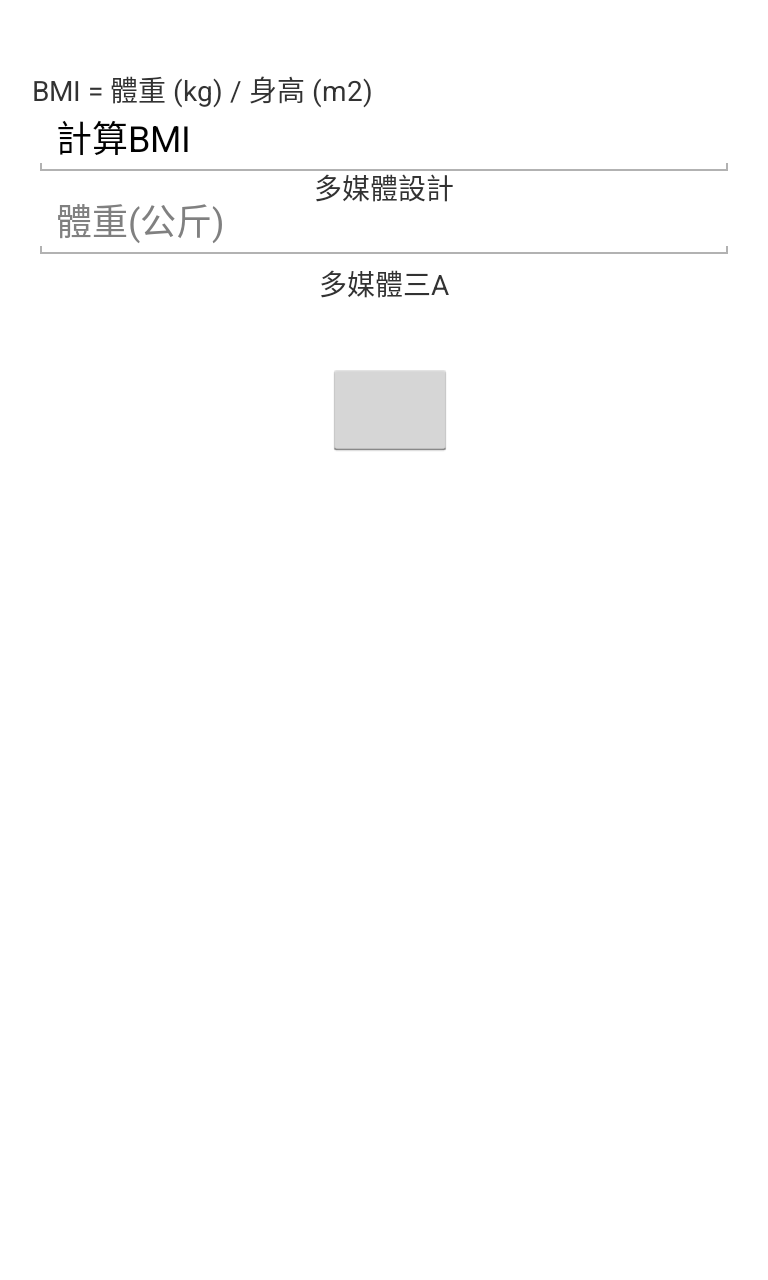
Repository: ericluo1123/myAndroidCode
Layout: myAndroidProject/res/layout/activity_main.xml
An editor plug-in stored every save of this project. The layout is shown before and after the next save, followed by the edit.
It is drawn on a 768 x 1280 px phone screen (xhdpi) without system bars, with theme AppTheme; the app's code is not run.

Above is the layout before, as saved 2014-09-26 05:45:45.

After the next save:
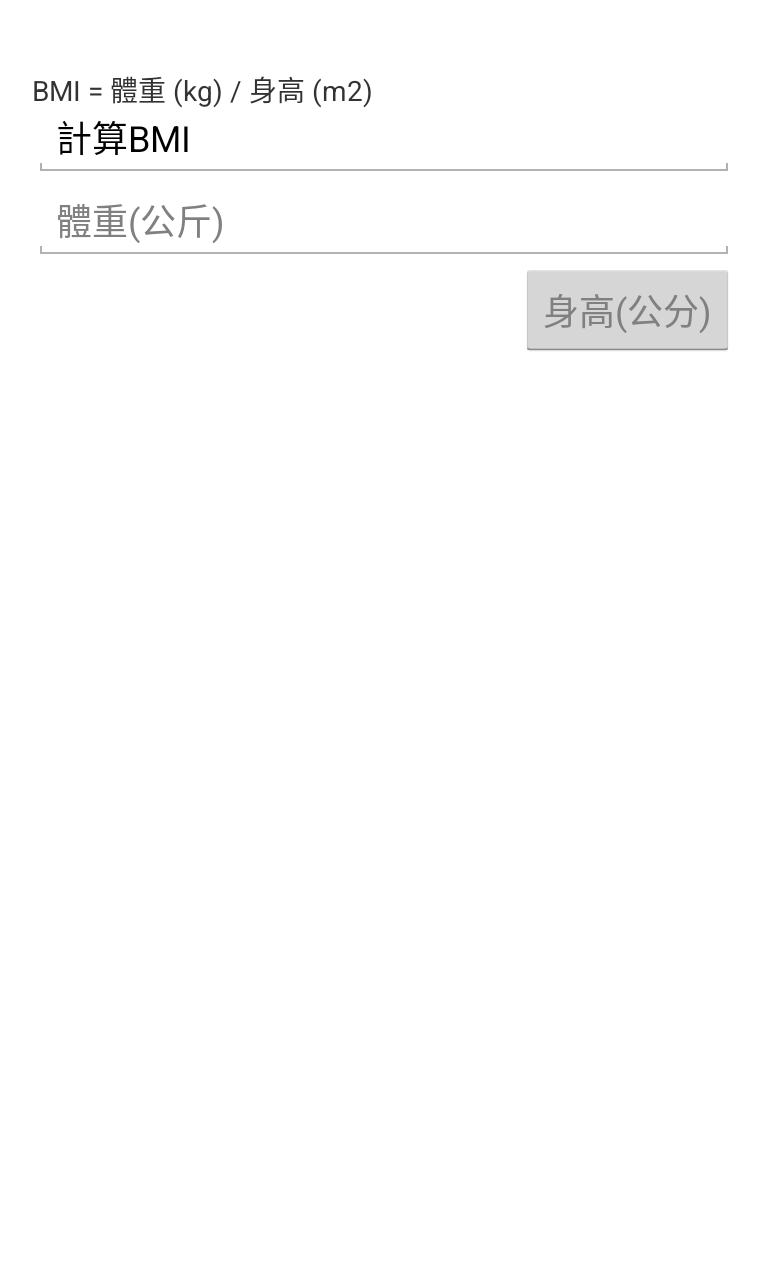
Saved 10 min 26 s later.
--- a/myAndroidProject/res/layout/activity_main.xml
+++ b/myAndroidProject/res/layout/activity_main.xml
@@ -7,32 +7,6 @@
     android:paddingRight="@dimen/activity_horizontal_margin"
     android:paddingTop="@dimen/activity_vertical_margin"
     tools:context="com.example.myandroidproject.MainActivity" >
-
-    <TextView
-        android:id="@+id/textView1"
-        android:layout_width="wrap_content"
-        android:layout_height="wrap_content"
-        android:layout_below="@+id/textView2"
-        android:layout_centerHorizontal="true"
-        android:layout_marginTop="28dp"
-        android:text="多媒體設計" />
-
-    <TextView
-        android:id="@+id/textView3"
-        android:layout_width="wrap_content"
-        android:layout_height="wrap_content"
-        android:layout_below="@+id/textView1"
-        android:layout_centerHorizontal="true"
-        android:layout_marginTop="27dp"
-        android:text="@string/Text" />
-
-    <Button
-        android:id="@+id/button1"
-        android:layout_width="wrap_content"
-        android:layout_height="wrap_content"
-        android:layout_alignRight="@+id/textView1"
-        android:layout_below="@+id/textView3"
-        android:layout_marginTop="29dp" />
 
     <EditText
         android:id="@+id/editText1"
@@ -45,6 +19,15 @@
         android:hint="身高(公分)"
         android:text="計算BMI" />
 
+    <TextView
+        android:id="@+id/textView2"
+        android:layout_width="match_parent"
+        android:layout_height="wrap_content"
+        android:layout_alignParentTop="true"
+        android:layout_centerHorizontal="true"
+        android:layout_marginTop="18dp"
+        android:text="BMI = 體重 (kg) / 身高 (m2)" />
+
     <EditText
         android:id="@+id/EditText01"
         android:layout_width="match_parent"
@@ -54,13 +37,12 @@
         android:ems="10"
         android:hint="體重(公斤)" />
 
-    <TextView
-        android:id="@+id/textView2"
-        android:layout_width="match_parent"
+    <Button
+        android:id="@+id/button1"
+        android:layout_width="wrap_content"
         android:layout_height="wrap_content"
-        android:layout_alignParentTop="true"
-        android:layout_centerHorizontal="true"
-        android:layout_marginTop="18dp"
-        android:text="BMI = 體重 (kg) / 身高 (m2)" />
+        android:layout_alignRight="@+id/EditText01"
+        android:layout_below="@+id/EditText01"
+        android:hint="身高(公分)" />
 
 </RelativeLayout>
